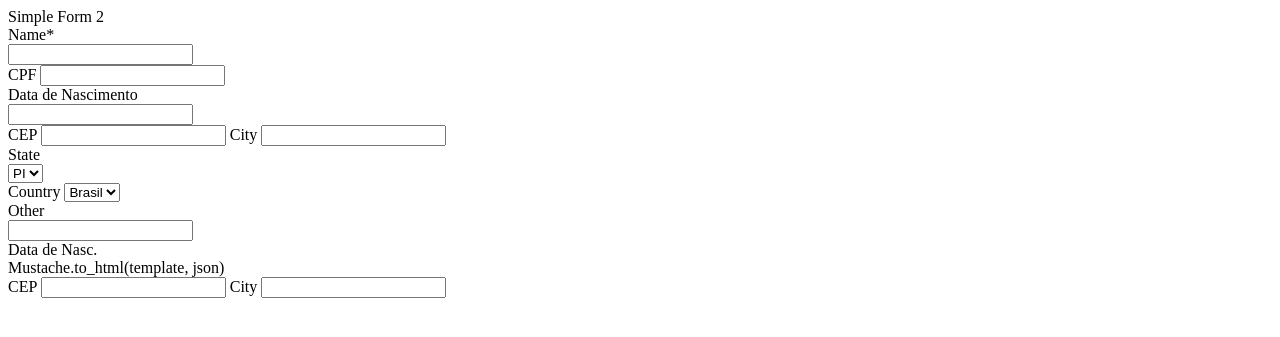
Repository: eudesf/MySpaceShip
Page: MySpaceShip/WebContent/articles/simpleform2.html
These files come from the project's save history. The page is drawn as it stood at one moment and after the next save; the edit follows.
The browser window is 1280 px wide. The pictures show the whole page.

Above is the page before, as saved 2012-03-22 19:12:36.

After the next save:
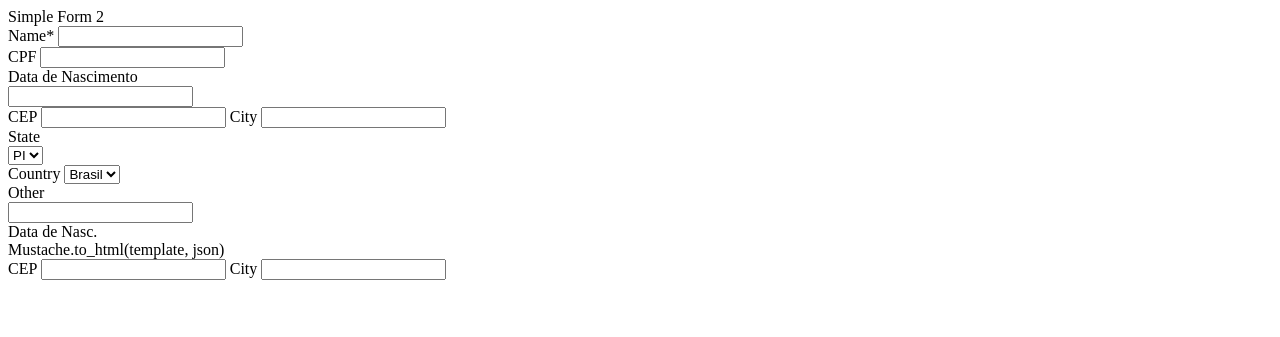
Saved 64 s later.
--- a/MySpaceShip/WebContent/articles/simpleform2.html
+++ b/MySpaceShip/WebContent/articles/simpleform2.html
@@ -5,9 +5,7 @@
 
 		<label for="name">Name*</label>
 
-		<div class="w30p">
-			<input id="name" class="w100p" type="text" />
-		</div>
+		<input id="name" class="w30p" type="text" />
 		<div class="w50p">
 			<label for="address">CPF</label>
 			<input id="address" type="text"/>
